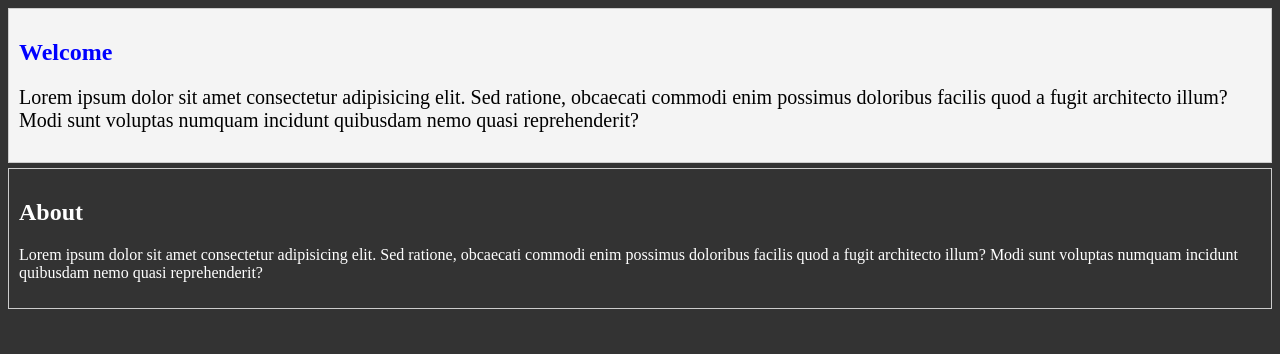
Repository: andiausrust/css-traversy
Page: css-basics/01_basic.html
These files come from the project's save history. The page is drawn as it stood at one moment and after the next save; the edit follows.
The browser window is 1280 px wide. The pictures show the whole page.

Above is the page before, as saved 2020-08-19 10:14:41.

After the next save:
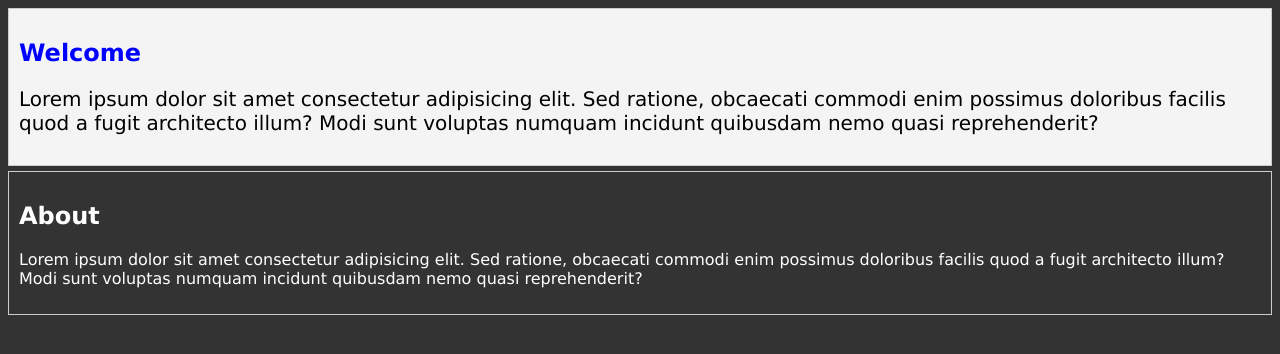
Saved 2 min 59 s later.
--- a/css-basics/css/style.css
+++ b/css-basics/css/style.css
@@ -20,9 +20,10 @@ h2#primary-heading {
     font-size: 20px;
 }
 
-/* body styling */
+/* body styling - element selector */
 body {
     background-color: #333;
+    font-family: Verdana, Geneva, Tahoma, sans-serif;
 }
 
 #about {
